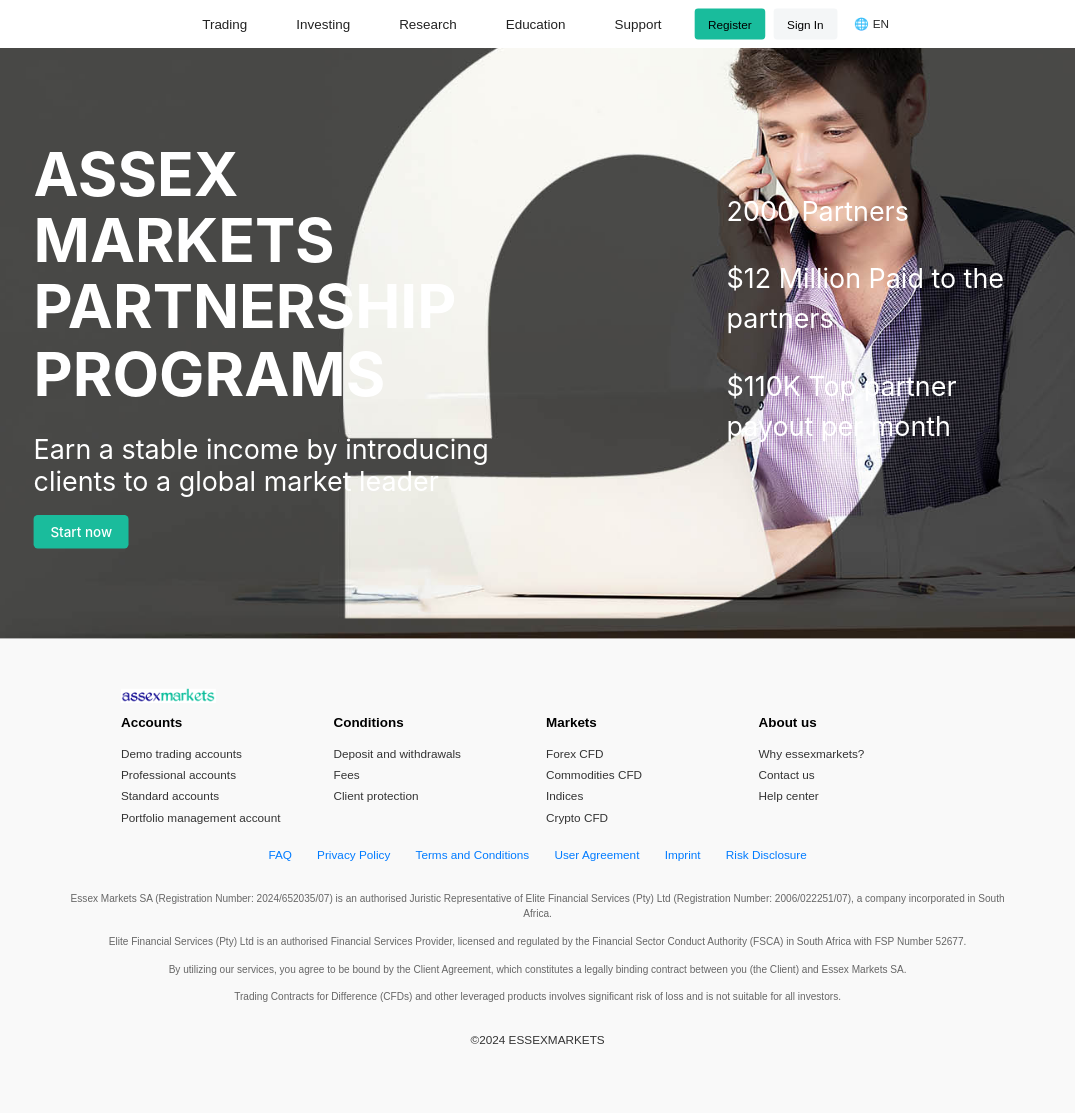
Repository: RevenewMarketing/Assex
Page: /partner
These files come from the project's save history. The page is drawn as it stood at one moment and after a run of saves; the edit follows.
The browser window is 1280 px wide. The pictures show the whole page, at 84% of full size.
The project was rebuilt for these pictures with package versions that can differ from the ones it lists, and the page was loaded fresh each time. Also part of the build but not shown: vite.config.ts, src/pages/home/sections/HeroSection.module.css, src/pages/home/sections/HeroSection.tsx, src/pages/home/sections/Section2.tsx, src/pages/home/sections/Section3.tsx, src/pages/home/sections/Section4.tsx, src/pages/home/sections/Section5.tsx, src/pages/home/sections/Section6.tsx and 10 more.

Above is the page before, as saved 2024-11-28 00:34:02.

After the next 2 saves:
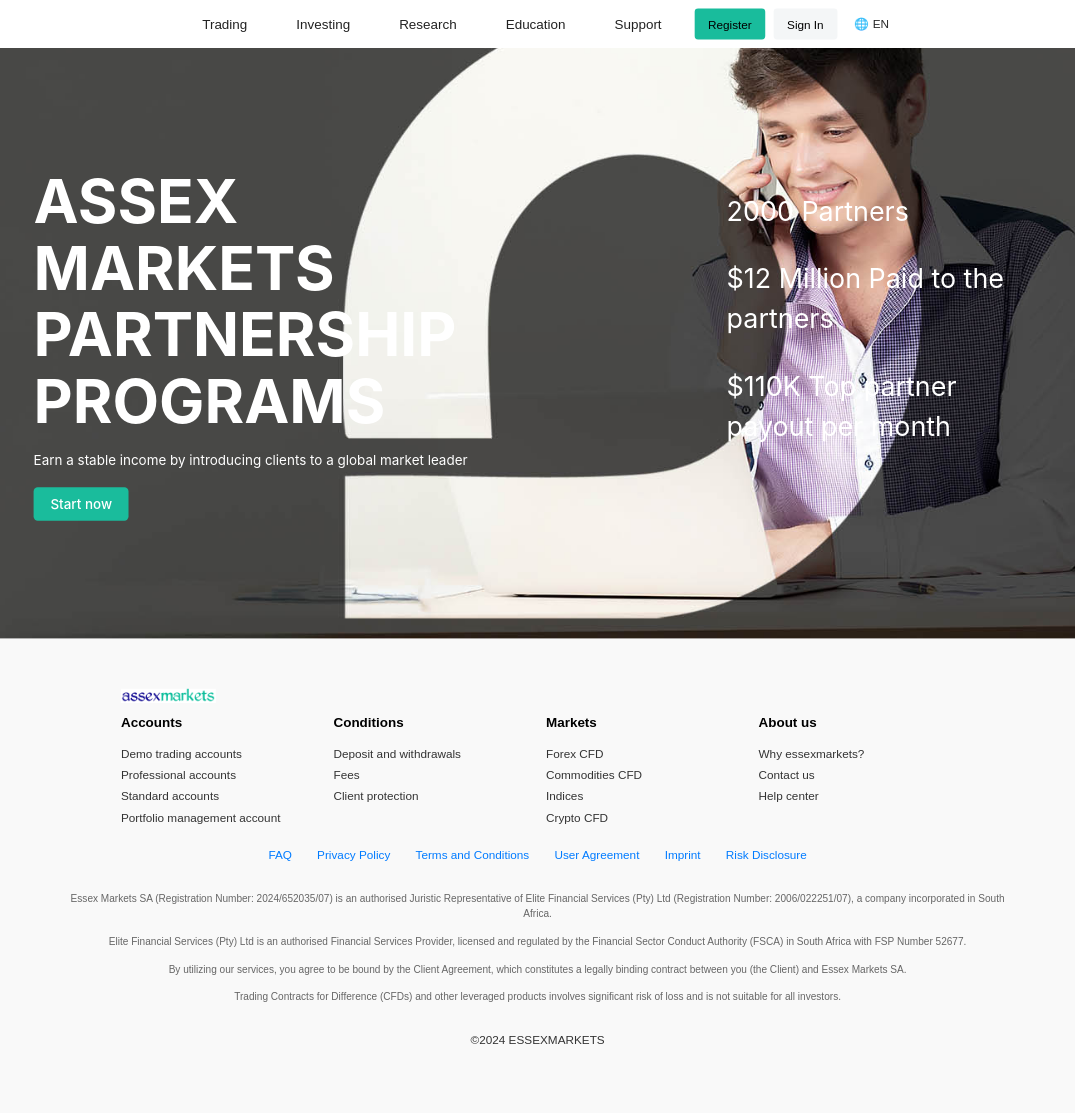
The 2 saves are shown as one change because they came seconds apart.
The last was saved 44 s later.
--- a/src/pages/partner/sections/Section1.module.css
+++ b/src/pages/partner/sections/Section1.module.css
@@ -25,6 +25,11 @@
   z-index: 2;
   max-width: 50%;
   text-align: left;
+}
+
+.content p {
+  font-size: 1rem;
+  line-height: 1.5;
 }
 
 .title {
